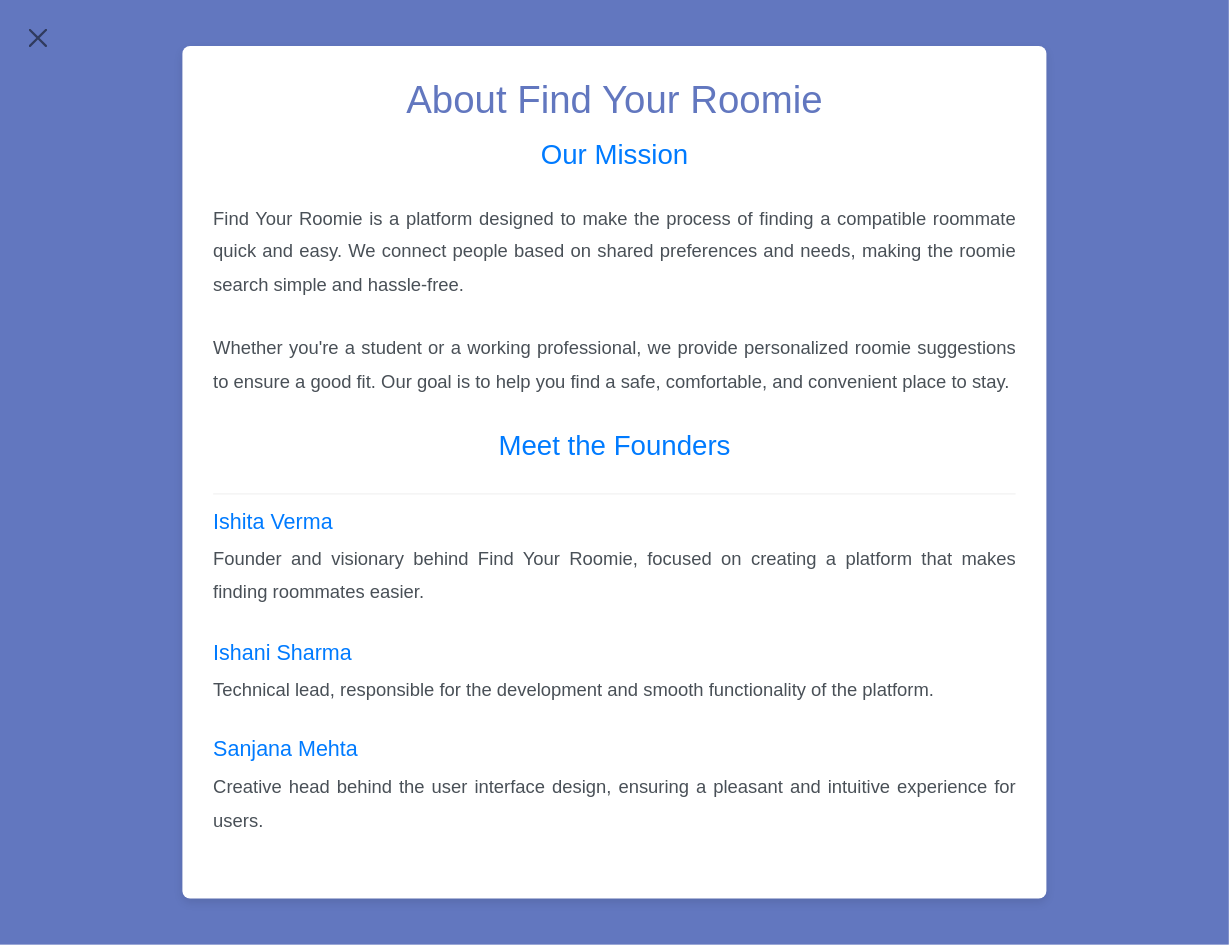
Repository: Sanjana-Inapakolla/Find-your-Roomie-website
Page: http://localhost/MiniProject/About.jsp
The author's editor kept a copy of each file at every save. The page is drawn from the files as they stood at one save, then again after the next save.
The browser window is 1280 px wide. The pictures show the whole page, at 96% of full size.
The page is served by Tomcat 10. Other server files are loaded and not shown.

Above is the page before, as saved 2024-11-13 09:12:47.

### mini-project(jfst)/MiniProject/src/main/webapp/About.jsp
<%@ page language="java" contentType="text/html; charset=ISO-8859-1"
    pageEncoding="ISO-8859-1"%>
<!DOCTYPE html>
<html lang="en">
<head>
    <meta charset="ISO-8859-1">
    <title>About Us - Find Your Roomie</title>
    <link href="https://cdn.jsdelivr.net/npm/bootstrap@5.3.3/dist/css/bootstrap.min.css" rel="stylesheet" integrity="sha384-QWTKZyjpPEjISv5WaRU9OFeRpok6YctnYmDr5pNlyT2bRjXh0JMhjY6hW+ALEwIH" crossorigin="anonymous">
    <style>
        /* General Body Styling */
        body {
            font-family: 'Arial', sans-serif;
            background-color: #6277bf;
            margin: 0;
            padding: 0;
        }

        /* Container for the About Section */
        .about-container {
            width: 80%;
            max-width: 900px;
            margin: 3rem auto;
            background-color:#ffffff;
            border-radius: 8px;
            box-shadow: 0 4px 10px rgba(0, 0, 0, 0.1);
            padding: 2rem;
        }

        /* Title Styling */
        .about-container h1 {
            font-size: 2.5rem;
            color: #6277bf;
            text-align: center;
            margin-bottom: 1rem;
        }

        /* Subheading Styling */
        .about-container h2 {
            font-size: 1.8rem;
            color: #007bff;
            text-align: center;
            margin-bottom: 2rem;
        }


        .about-container p {
            font-size: 1.2rem;
            line-height: 1.8;
            color: #495057;
            text-align: justify;
            margin-bottom: 2rem;
        }

        /* Founders Section Styling */
        .founders-section {
            margin-top: 2rem;
            padding-top: 1rem;
            border-top: 1px solid #eee;
        }

        .founder {
            font-size: 1.1rem;
            color: #495057;
            margin-bottom: 1rem;
        }

        .founder h3 {
            font-size: 1.4rem;
            color: #007bff;
            margin-bottom: 0.5rem;
        }

        /* Responsive Layout for Smaller Screens */
        @media screen and (max-width: 768px) {
            .about-container {
                width: 90%;
            }
        }
         .btn-close {
    position: absolute;
    top: 20px;
    left: 20px;
    width: 30px;
    height: 30px;
    font-size: 1.2rem;
  }

    </style>
</head>
<body>
<button type="button" class="btn-close" aria-label="Close" onclick="window.location.href='home.html';"></button>
    <div class="about-container">
        <h1>About Find Your Roomie</h1>

        <h2>Our Mission</h2>
        <p>
            Find Your Roomie is a platform designed to make the process of finding a compatible roommate quick and easy.
            We connect people based on shared preferences and needs, making the roomie search simple and hassle-free.
        </p>

        <p>
            Whether you're a student or a working professional, we provide personalized roomie suggestions to ensure a good fit.
            Our goal is to help you find a safe, comfortable, and convenient place to stay.
        </p>

        <h2>Meet the Founders</h2>
        <div class="founders-section">
            <div class="founder">
                <h3>Ishita Verma</h3>
                <p>Founder and visionary behind Find Your Roomie, focused on creating a platform that makes finding roommates easier.</p>
            </div>
            <div class="founder">
                <h3>Ishani Sharma</h3>
                <p>Technical lead, responsible for the development and smooth functionality of the platform.</p>
            </div>
            <div class="founder">
                <h3>Sanjana Mehta</h3>
                <p>Creative head behind the user interface design, ensuring a pleasant and intuitive experience for users.</p>
            </div>
        </div>
    </div>
<script src="https://cdn.jsdelivr.net/npm/bootstrap@5.3.3/dist/js/bootstrap.bundle.min.js" integrity="sha384-YvpcrYf0tY3lHB60NNkmXc5s9fDVZLESaAA55NDzOxhy9GkcIdslK1eN7N6jIeHz" crossorigin="anonymous"></script>
</body>
</html>

After the next save:
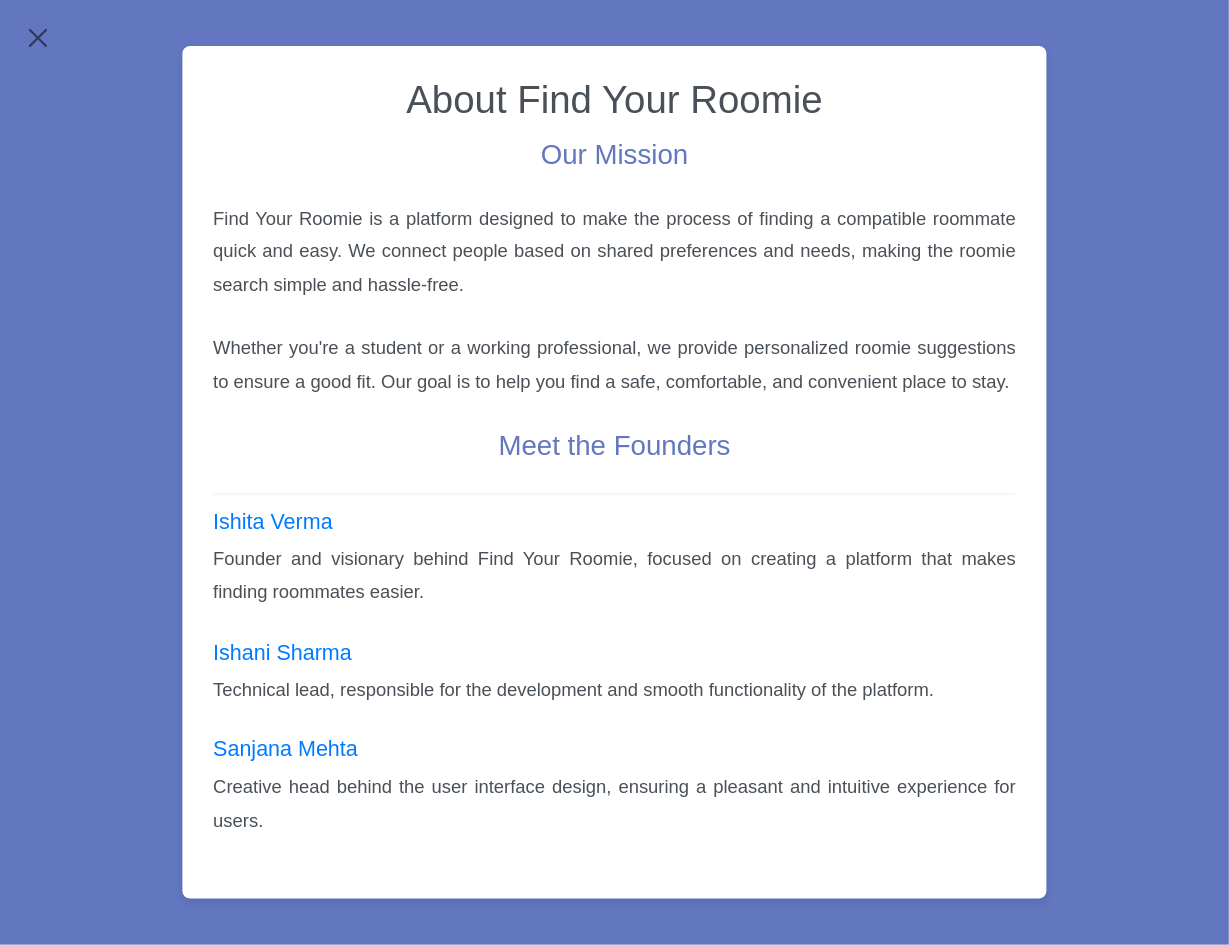
Saved 14 s later.
--- a/mini-project(jfst)/MiniProject/src/main/webapp/About.jsp
+++ b/mini-project(jfst)/MiniProject/src/main/webapp/About.jsp
@@ -29,7 +29,7 @@
         /* Title Styling */
         .about-container h1 {
             font-size: 2.5rem;
-            color: #6277bf;
+            color: #495057;
             text-align: center;
             margin-bottom: 1rem;
         }
@@ -37,7 +37,7 @@
         /* Subheading Styling */
         .about-container h2 {
             font-size: 1.8rem;
-            color: #007bff;
+            color: #6277bf;
             text-align: center;
             margin-bottom: 2rem;
         }
